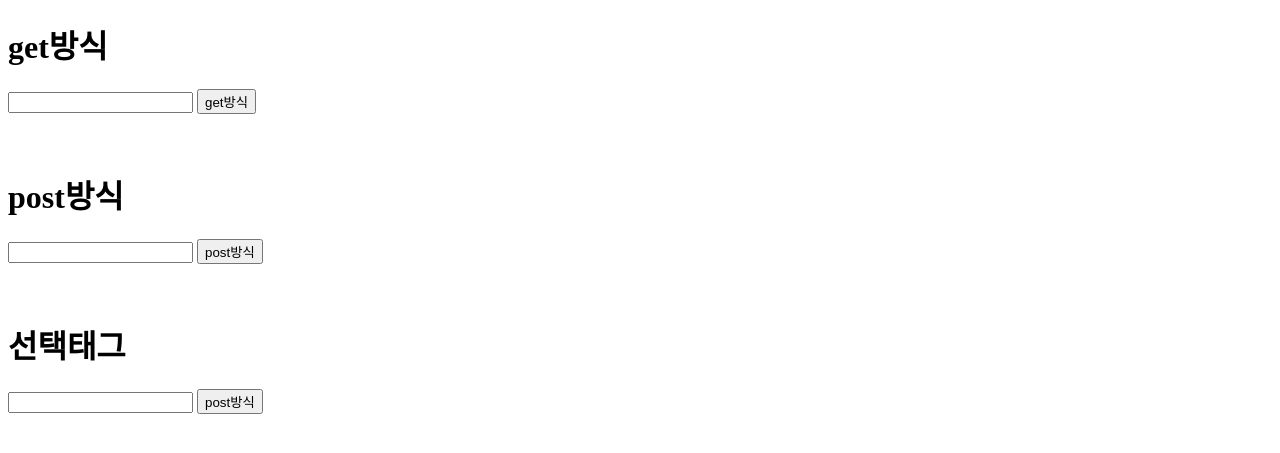
Repository: HeonchanKim/smhrd_jsp
Page: Servlet/src/main/webapp/ex04.html
These files come from the project's save history. The page is drawn as it stood at one moment and after the next save; the edit follows.
The browser window is 1280 px wide. The pictures show the whole page.

Above is the page before, as saved 2022-01-27 07:16:52.

After the next save:
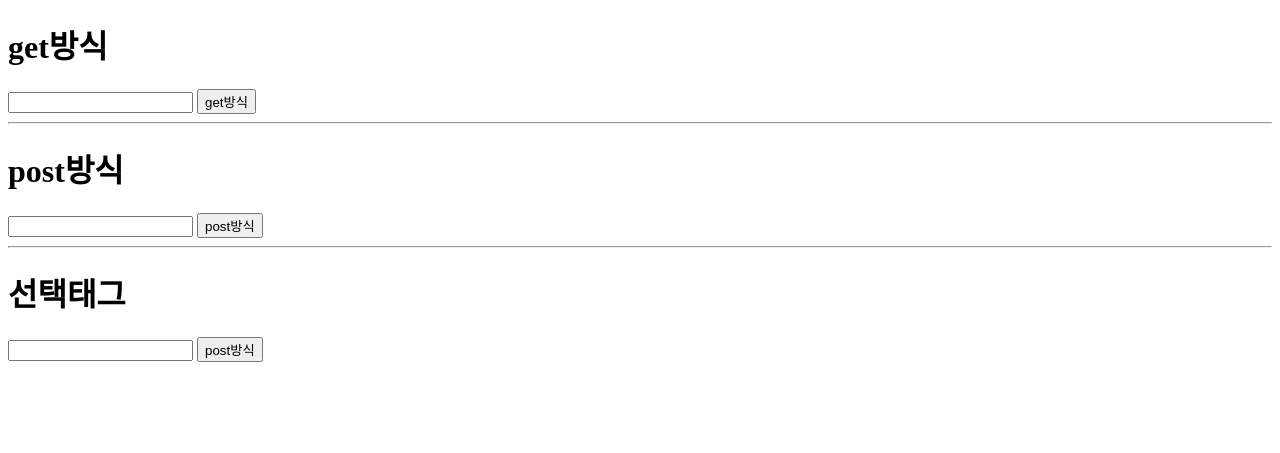
Saved 12 s later.
--- a/Servlet/src/main/webapp/ex04.html
+++ b/Servlet/src/main/webapp/ex04.html
@@ -19,7 +19,7 @@
 		<input type="submit" value="get방식">
 	</form>
 
-	<br><br>
+	<hr>
 
 	 <h1>post방식</h1>
 	<form action="ex04" method="post">
@@ -27,7 +27,7 @@
 		<input type="submit" value="post방식">
 	</form>
 
-	<br><br>
+	<hr>
 
 	<h1>선택태그</h1>
 	<form action="ex04" method="post">
